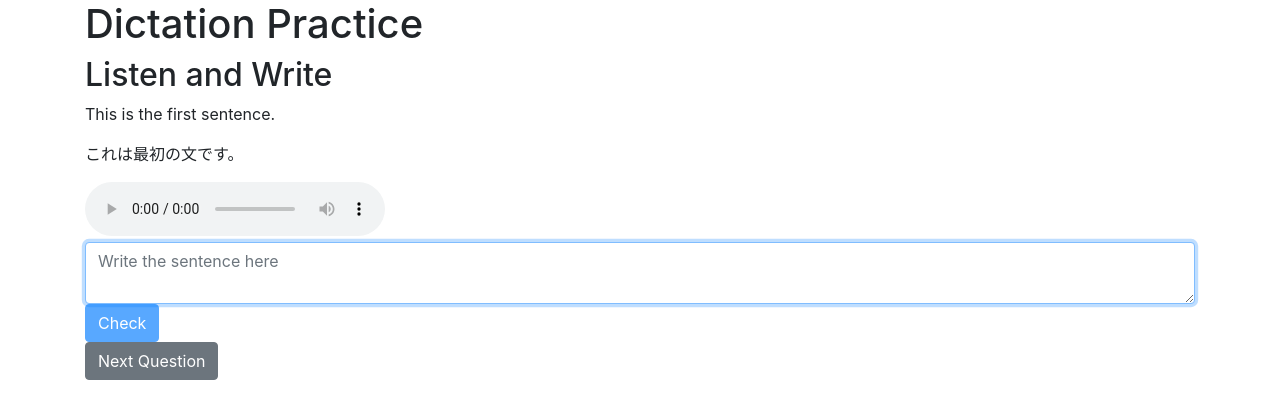
Repository: MBR3/MBR3.github.io
Page: shisutan-test-A2E.html
These files come from the project's save history. The page is drawn as it stood at one moment and after the next save; the edit follows.
The browser window is 1280 px wide. The pictures show the whole page.

Above is the page before, as saved 2023-07-08 15:09:43.

### shisutan-test-A2E.html
<!DOCTYPE html>
<html lang="en">

<head>
  <meta charset="UTF-8">
  <meta name="viewport" content="width=device-width, initial-scale=1.0">
  <title>Dictation Practice</title>
  <link rel="stylesheet" href="https://stackpath.bootstrapcdn.com/bootstrap/4.5.2/css/bootstrap.min.css">
  <style>
    /* 任意のカスタムスタイルを追加 */
  </style>
</head>

<body>
  <div class="container">
    <h1>Dictation Practice</h1>
    <div class="dictation">
      <h2>Listen and Write</h2>
      <div id="question-container">
        <p id="question-english"></p>
        <p id="question-japanese"></p>
      </div>
      <audio id="audio-player" controls>
        <source id="audio-source" type="audio/mpeg">
        Your browser does not support the audio element.
      </audio>
      <textarea id="user-input" class="form-control" placeholder="Write the sentence here"></textarea>
      <button id="check-button" class="btn btn-primary">Check</button>
      <div id="result"></div>
      <button id="next-button" class="btn btn-secondary">Next Question</button>
    </div>
  </div>

  <script src="https://code.jquery.com/jquery-3.5.1.slim.min.js"></script>
  <script src="https://cdn.jsdelivr.net/npm/bootstrap@4.5.2/dist/js/bootstrap.min.js"></script>
  <script>
    $(document).ready(function() {
      var dictationData = [
        {
          english: "This is the first sentence.",
          japanese: "これは最初の文です。",
          audio: "Shisutan-audio/s-001.mp3"
        },
        {
          english: "Here comes the second sentence.",
          japanese: "次は2つ目の文です。",
          audio: "Shisutan-audio/s-002.mp3"
        },
        {
          english: "I love learning languages.",
          japanese: "私は言語学習が大好きです。",
          audio: "Shisutan-audio/s-003.mp3"
        },
        {
          english: "The weather is beautiful today.",
          japanese: "今日は天気が良いですね。",
          audio: "Shisutan-audio/s-004.mp3"
        },
        {
          english: "I enjoy reading books in my free time.",
          japanese: "自由時間に本を読むことが好きです。",
          audio: "Shisutan-audio/s-005.mp3"
        },
        // 追加の問題データを追加
      ];

      var currentQuestion = 0;

      function shuffleArray(array) {
        for (var i = array.length - 1; i > 0; i--) {
          var j = Math.floor(Math.random() * (i + 1));
          var temp = array[i];
          array[i] = array[j];
          array[j] = temp;
        }
        return array;
      }

      function loadQuestion() {
        $('#question-english').text(dictationData[currentQuestion].english);
        $('#question-japanese').text(dictationData[currentQuestion].japanese);
        $('#audio-source').attr('src', dictationData[currentQuestion].audio);
        $('#audio-player').trigger('load');
        $('#user-input').val('').focus();
        $('#check-button').prop('disabled', true);
        $('#result').empty();
      }

      $('#check-button').on('click', function() {
        var dictationSentence = dictationData[currentQuestion].english;
        var userInput = $('#user-input').val().trim();

        if (userInput === dictationSentence) {
          $('#result').text('Correct! Good job!');
        } else {
          $('#result').text('Incorrect. Please try again.');
        }
      });

      $('#audio-player').on('ended', function() {
        $('#check-button').prop('disabled', false);
      });

      $('#check-button').prop('disabled', true);

      $('#audio-player').on('play', function() {
        $('#check-button').prop('disabled', true);
      });

      $('#next-button').on('click', function() {
        currentQuestion++;
        if (currentQuestion >= dictationData.length) {
          currentQuestion = 0;
        }
        loadQuestion();
      });

      // 問題データをシャッフルする
      dictationData = shuffleArray(dictationData);

      // 最初の問題を読み込む
      loadQuestion();
    });
  </script>
</body>

</html>

After the next save:
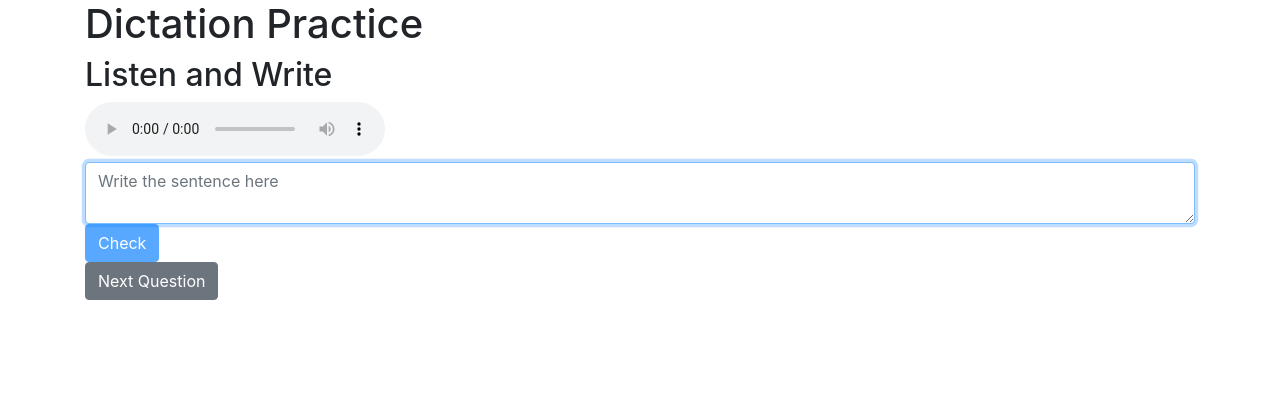
Saved 42 min 58 s later.
--- a/shisutan-test-A2E.html
+++ b/shisutan-test-A2E.html
@@ -16,10 +16,6 @@
     <h1>Dictation Practice</h1>
     <div class="dictation">
       <h2>Listen and Write</h2>
-      <div id="question-container">
-        <p id="question-english"></p>
-        <p id="question-japanese"></p>
-      </div>
       <audio id="audio-player" controls>
         <source id="audio-source" type="audio/mpeg">
         Your browser does not support the audio element.
@@ -77,8 +73,6 @@
       }
 
       function loadQuestion() {
-        $('#question-english').text(dictationData[currentQuestion].english);
-        $('#question-japanese').text(dictationData[currentQuestion].japanese);
         $('#audio-source').attr('src', dictationData[currentQuestion].audio);
         $('#audio-player').trigger('load');
         $('#user-input').val('').focus();
